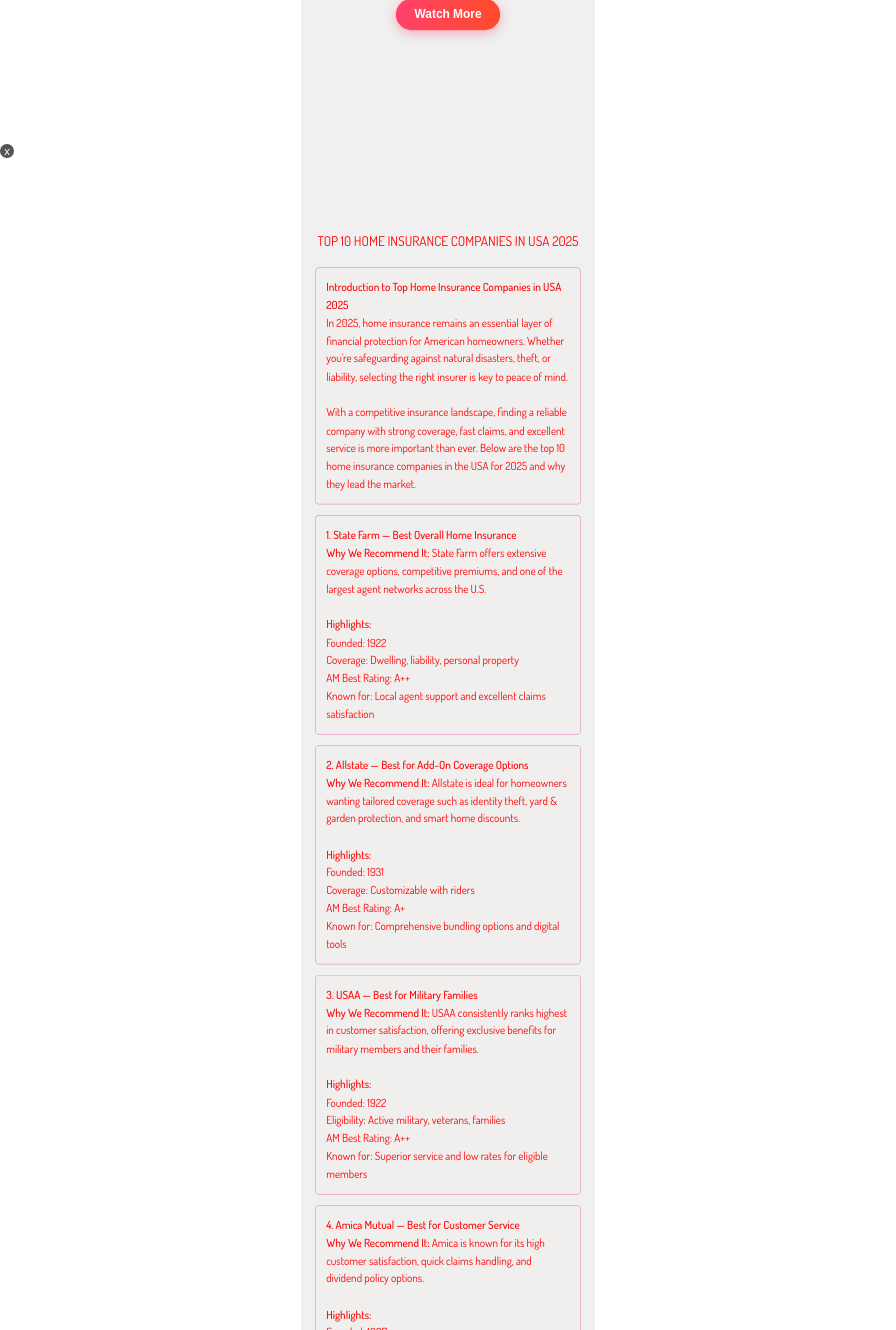
Repository: meenadabhii/swyplay.com
Page: loan48/link.html
An editor plug-in stored every save of this project. The page is shown before and after the next save, followed by the edit.
The browser window is 1280 px wide. The pictures show the part of the page from y = 514 to 2414 px (the page is 5778 px tall), at 70% of full size.
A picture or video elsewhere on the page could not be fetched, so the positions and the page height are approximate.

Above is the page before, as saved 2025-09-06 17:03:00.

After the next save:
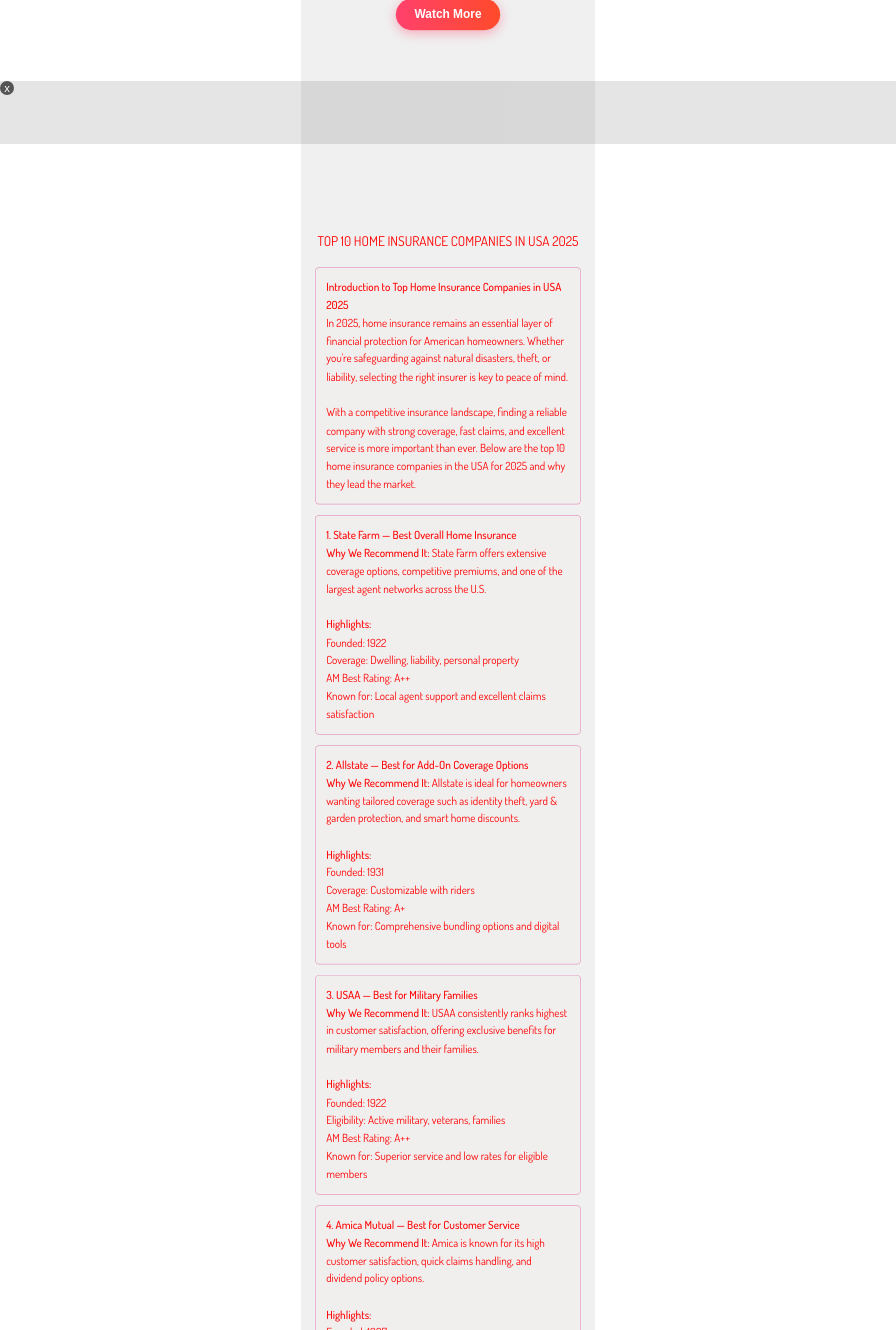
Saved 61 s later.
--- a/loan48/link.html
+++ b/loan48/link.html
@@ -253,7 +253,7 @@
 <body>
 
     <div id='closebtn_Desktop_Only' class='stickyads_Desktop_Only'>
-        <div id='div-DStickyAds'></div>
+<div id="div-DStickyAds" style="width:728px; height:90px;"></div>
         <button class='btn_Desktop_Only' onclick='change_css_Desktop_Only()'>x</button>
     </div>
 
